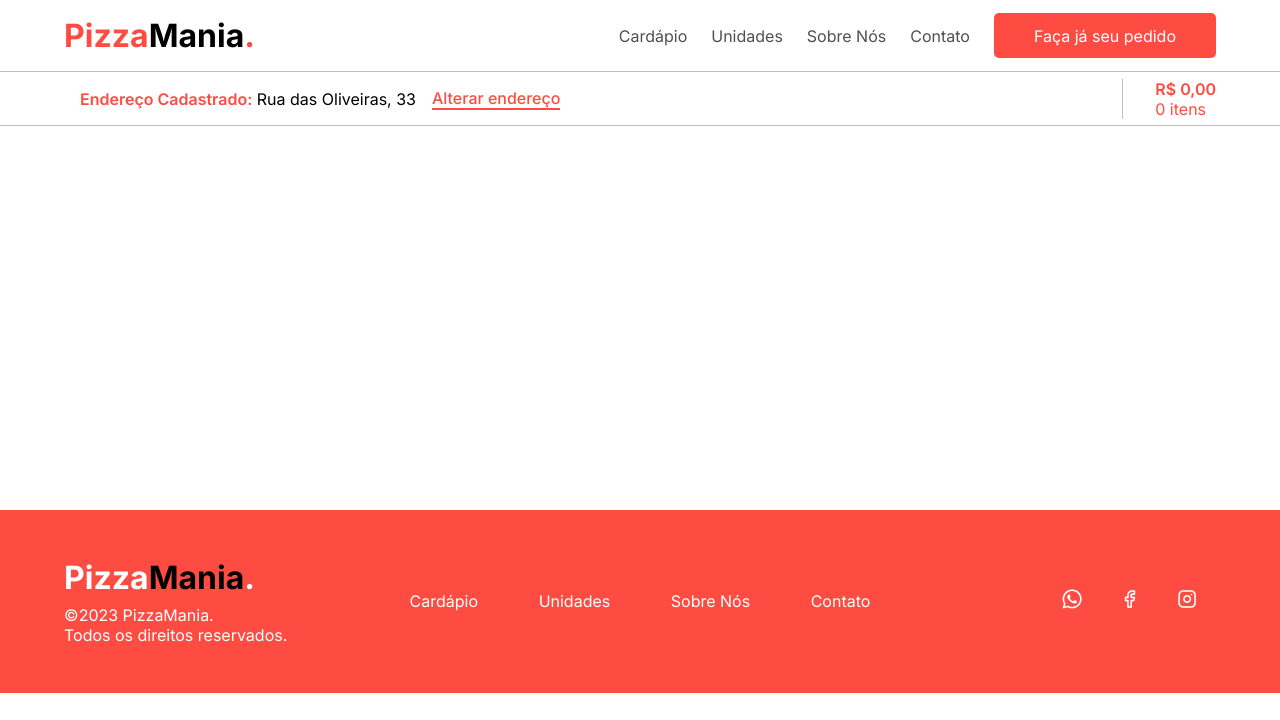
Repository: lucas-albuq/PizzaMania
Page: assets/pages/cardapio.html
These files come from the project's save history. The page is drawn as it stood at one moment and after a run of saves; the edit follows.
The browser window is 1280 px wide. The pictures show the whole page.
Some icons come from a web library that is not loaded, so they are not drawn. Some web libraries are served in a nearby version.

Above is the page before, as saved 2024-01-04 20:45:10.

### assets/pages/cardapio.html
<!DOCTYPE html>
<html lang="en">
<head>
    <meta charset="UTF-8">
    <meta name="viewport" content="width=device-width, initial-scale=1.0">
    <title>PizzaMania. - Cardápio</title>
    <link rel='stylesheet' href='https://cdn-uicons.flaticon.com/2.0.0/uicons-regular-rounded/css/uicons-regular-rounded.css'>
    <link rel="stylesheet" href="/assets/fonts/style.css">
    <link rel="stylesheet" href="/assets/css/pizzamania.css">
</head>
<body>
    <div id="header"></div>
    <main>
        <div class="milkshakes">
            <h2></h2>
        </div>
        <div class="pizzas-salgadas">
            <h2></h2>
        </div>
        <div class="sobremesas">
            <h2></h2>
        </div>
        <div class="pizzas-doces">
            <h2></h2>
        </div>
        <div class="bebidas">
            <h2></h2>
        </div>
    </main>
    <div id="footer"></div>
    <script src="https://ajax.googleapis.com/ajax/libs/jquery/3.1.0/jquery.min.js"></script>
    <script src="../../main.js"></script>
</body>
</html>

### assets/fonts/style.css
@font-face {
  font-family: 'icomoon';
  src:  url('fonts/icomoon.eot?r532as');
  src:  url('fonts/icomoon.eot?r532as#iefix') format('embedded-opentype'),
    url('fonts/icomoon.ttf?r532as') format('truetype'),
    url('fonts/icomoon.woff?r532as') format('woff'),
    url('fonts/icomoon.svg?r532as#icomoon') format('svg');
  font-weight: normal;
  font-style: normal;
  font-display: block;
}

[class^="icon-"], [class*=" icon-"] {
  /* use !important to prevent issues with browser extensions that change fonts */
  font-family: 'icomoon' !important;
  speak: never;
  font-style: normal;
  font-weight: normal;
  font-variant: normal;
  text-transform: none;
  line-height: 1;

  /* Better Font Rendering =========== */
  -webkit-font-smoothing: antialiased;
  -moz-osx-font-smoothing: grayscale;
}

.icon-delivery:before {
  content: "\e909";
}
.icon-pizza:before {
  content: "\e90a";
}
.icon-fatia:before {
  content: "\e90b";
}
.icon-whatsapp:before {
  content: "\e900";
}
.icon-brand:before {
  content: "\e900";
}
.icon-social:before {
  content: "\e900";
}
.icon-facebook:before {
  content: "\e902";
}
.icon-instagram:before {
  content: "\e903";
}
.icon-mail:before {
  content: "\e904";
}
.icon-map-pin:before {
  content: "\e905";
}
.icon-menu:before {
  content: "\e901";
}
.icon-phone:before {
  content: "\e906";
}
.icon-x:before {
  content: "\e907";
}
.icon-youtube:before {
  content: "\e908";
}

### assets/css/pizzamania.css
@import url('https://fonts.googleapis.com/css2?family=Inter:wght@100;200;300;400;500;600;700;800;900&display=swap');

:root {
  --base-hue: 3;
  --primary-color: hsl(var(--base-hue), 100%, 63%);
  --secondary-color: hsl(var(--base-hue), 0%, 0%);
  --text-color: hsl(var(--base-hue), 0%, 31%);
  --text-hover-color: hsl(var(--base-hue), 0%, 51%);
  --background-color: hsl(var(--base-hue), 0%, 100%);
  --button-background: hsl(var(--base-hue), 100%, 63%);
  --button-hover-background: hsl(var(--base-hue), 67%, 47%);
  --divider-color: hsl(var(--base-hue), 0%, 75%);
  --shadow-color:rgba(0, 0, 0, 0.25);
  --box-shadow: 0px 2px 8px 0px rgba(0, 0, 0, 0.25);
}

* {
  padding: 0;
  margin: 0;
  scroll-behavior: smooth;
  font-family: 'Inter', sans-serif;
  box-sizing: border-box;
}

header {
  display: flex;
  flex-direction: column;
  align-items: center;
}

main{
  max-width: 80em;
  width: 90%;
  margin: 4em auto;
  display: flex;
  flex-direction: column;
  gap: 4em;
}

section{
  display: flex;
  flex-direction: column;
  gap: 2em;
}

h2{
  font-size: 1.3em;
  color: var(--primary-color);
  text-transform: uppercase;
}

h3{
  font-size: 1.2em;
}

.header1, .header2 {
  display: flex;
  max-width: 80em;
  width: 90%;
  justify-content: space-between;
  align-items: center;
}

.header1 {
  padding: .8em 0;
}

.header2 {
  padding: .4em 0;
}

.header1 h1 a {
  color: var(--primary-color);
  font-size: 2rem;
}

.header1 h1 span {
  color: var(--secondary-color);
}

.header1_menus {
  display: flex;
  gap: 1.5em;
}

.header1 nav {
  display: flex;
  align-items: center;
}

.header1 ul {
  display: flex;
  list-style-type: none;
  align-items: center;
  justify-content: center;
  gap: 1.5em;
  align-items: center;
}

.header1 a {
  text-decoration: none;
  color: var(--text-color);
  font-size: 1rem;
  transition: color .2s;
}

.header1 nav a:hover {
  color: var(--text-hover-color);
}

.header1 button {
  padding: .8em 2.5em;
  border-radius: 5px;
  line-height: initial;
  align-self: center;
  background-color: var(--button-background);
  border: none;
  color: #FFF;
  font-size: 1rem;
  cursor: pointer;
  transition: background .2s;
}

.header1 button:hover {
  background-color: var(--button-hover-background);
}

.divider {
  border-bottom: 1px solid var(--divider-color);
  width: 100%;
}

.header2 .endereco, .header2 .carrinho {
  display: flex;
  gap: 1em;
  align-items: center;
}

.header2 .carrinho {
  border-left: 1px solid var(--divider-color);
  padding-left: 1em;
  cursor: pointer;
}

.header2 .fi, .header2 span, .carrinho p {
  color: var(--primary-color);
  transition: color .2s;
}

.header2 .endereco button {
  background: none;
  border: none;
  font-size: 1rem;
  color: var(--primary-color);
  font-weight: 500;
  border-bottom: 2px solid var(--primary-color);
  cursor: pointer;
  transition: color .2s;
}

.header2 .endereco button:hover {
  color: var(--button-hover-background);
  border-color: var(--button-hover-background);
}

.header2 .carrinho:hover .valor p, .carrinho:hover .fi {
  color: var(--button-hover-background);
}

.header2 span, .carrinho p:first-child {
  font-weight: 600;
}

footer{
  background-color: var(--primary-color);
}
footer .footer{
  display: flex;
  max-width: 80em;
  width: 90%;
  margin: 0 auto;
  justify-content: space-between;
  align-items: center;
  padding: 3em 0;
}
.footer .footer-menu{
  width: 40%;
}
.footer .footer-menu ul{
  display: flex;
  list-style-type: none;
  justify-content: space-between;
}
.footer .footer-menu a{
  color: var(--background-color);
  text-decoration: none;
  transition: color .2s
}
.footer-menu a:hover{
  color: var(--divider-color)
}
.footer-logo-copy, .footer-social-medias{
  width: 20%;
}
.footer-social-medias{
  display: flex;
  justify-content: end;
  align-items: center;
}
.footer-social-medias a{
  text-decoration: none;
}
.footer-social-medias div {
  color: var(--background-color);
  font-size: 1.2rem;
  padding: 1em;
  transition: all .5s ease;
}

.footer-social-medias div:hover {
  transform: translateY(-5px);
}
.footer-social-medias div::after{
  content: "";
  display: block;
  width: 0;
  height: 3px;
  margin-top: 3px;
  border-radius: 5px;
  background: var(--background-color);
  transition: all .2s ease;
}
.footer-social-medias div:hover::after{
  width: 100%;
}
.footer-logo-copy{
  display: flex;
  flex-direction: column;
  gap: .5em;
  color: var(--background-color)
}
.footer-logo-copy a{
  color: var(--background-color);
  text-decoration: none;
}
.footer-logo-copy a span{
  color: var(--secondary-color);
}
.servicos > div{
  display: flex;
  justify-content: space-between;
}
.servicos > div > div{
  box-shadow: var(--box-shadow);
  display: flex;
  flex-direction: column;
  align-items: center;
  justify-content: center;
  padding: 2.5em;
  width: 30%;
  gap: 1.5em;
  border-radius: 20px;
  border-bottom: var(--primary-color) solid 8px;
}

.servicos img{
  height: 3.5em;
}

.servicos p{
  text-align: center;
}

.carrossel .swiper {
  width: 100%;
  aspect-ratio: 16/6;
  border-radius: 20px;
}
.carrossel .swiper img{
  width: 100%;
  aspect-ratio: 16/6;
  filter: brightness(75%);
}
.swiper-pagination-bullet{
  padding: 3px;
}
.swiper-pagination-bullet-active{
  background: var(--primary-color);
}
.swiper-button-next, .swiper-button-prev{
  color: #FFF
}
.promocoes .swiper-slide, .assessments .swiper-slide{
  padding: 1em .2em;
}
.promocoes .card{
  display: flex;
  flex-direction: column;
  padding: 2em;
  gap: 2em;
  box-shadow: var(--box-shadow);
  border-radius: 20px;
}
.promocoes .card-top, .promocoes .card-bottom{
  display: flex;
  justify-content: space-between;
}
.promocoes .card-top-text{
  width: 65%;
  display: flex;
  flex-direction: column;
  gap: 1em;
}
.promocoes .card-top-image{
  width: 35%;
}
.promocoes .card-top-image img{
  width: 100%;
}
.promocoes .card-bottom p span{
  font-weight: bold;
  font-size: 1.2em;
}
.promocoes .card-bottom button{
  border: none;
  background: var(--button-background);
  padding: 0 3em;
  border-radius: 5px;
  color: #FFF;
  font-size: 1rem;
  cursor: pointer;
  transition: background .2s;
}
.promocoes .card-bottom button:hover{
  background: var(--button-hover-background);
}
.swiper-container{
  overflow: hidden;
}
/*Novamente reutilizando código antigo meu (é meu msm)*/
.assessments .assessments__container .swiper-wrapper{
  display: flex;
  flex-wrap: nowrap;
}
.assessments .assessments__container .assessments__assessment blockquote{
  padding: 2em;
  box-shadow: var(--box-shadow);
  border-radius: 20px;
  height: auto;
  width: 100%;
}
.assessments .assessments__container .assessments__assessment p{
  position: relative;
  text-indent: 1.875rem;
  margin-bottom: 1.5rem;
  color: var(--title-color);
}
.assessments .assessments__container .assessments__assessment p span{
  font-size: 4rem;
  font-family: serif;
  font-weight: 700;
  position: absolute;
  color: var(--primary-color);
  top: -1.375rem;
  left: -2.300rem;
}
.assessments .assessments__container .assessments__assessment cite {
  display: flex;
  align-items: center;
  font-style: normal;
  text-transform: capitalize;
}
.assessments .assessments__container .assessments__assessment cite img{
  height: 2rem;
  width: 2rem;
  object-fit: cover;
  clip-path: circle();
  margin-right: 0.5rem;
}

### main.js
document.addEventListener('DOMContentLoaded', function() {
    const header = document.getElementById('header');
    const footer = document.getElementById('footer');

    fetch('/assets/html/header.html')
        .then(response => response.text())
        .then(data => {
            header.innerHTML = data;

            const fazerPedido = document.querySelector(".header1_menus button");
            fazerPedido.addEventListener("click", () => window.open('./assets/pages/cardapio.html', '_self'));
        });

    fetch('/assets/html/footer.html')
        .then(response => response.text())
        .then(data => {
            footer.innerHTML = data;
        });
});

### assets/html/header.html
<header>
        <div class="header1">
            <h1><a href="/index.html">Pizza<span>Mania</span>.</a></h1>
            <div class="header1_menus">
                <nav>
                    <ul>
                        <li><a href="#">Cardápio</a></li>
                        <li><a href="#">Unidades</a></li>
                        <li><a href="#">Sobre Nós</a></li>
                        <li><a href="#">Contato</a></li>
                    </ul>
                </nav>
                <button>
                    Faça já seu pedido
                </button>
            </div>
        </div>
        <div class="divider"></div>
        <div class="header2">
            <div class="endereco">
                <i class="fi fi-rr-home"></i>
                <p><span>Endereço Cadastrado:</span> Rua das Oliveiras, 33</p>
                <button>Alterar endereço</button>
            </div>
            <div class="carrinho">
                <i class="fi fi-rr-shopping-cart"></i>
                <div class="valor">
                    <p>R$ 0,00</p>
                    <p>0 itens</p>
                </div>
            </div>
        </div>
        <div class="divider"></div>
    </header>

### assets/html/footer.html
<footer>
    <div class="footer">
        <div class="footer-logo-copy">
            <h1><a href="/index.html">Pizza<span>Mania</span>.</a></h1>
            <p>
                ©2023 PizzaMania. <br>
                Todos os direitos reservados.
            </p>
        </div>
        <nav class="footer-menu">
            <ul>
                <li><a href="">Cardápio</a></li>
                <li><a href="">Unidades</a></li>
                <li><a href="">Sobre Nós</a></li>
                <li><a href="">Contato</a></li>
            </ul>
        </nav>
        <div class="footer-social-medias">
            <a href="#">
                <div class="icon-whatsapp"></div>
            </a>
            <a href="#">
                <div class="icon-facebook"></div>
            </a>
            <a href="#">
                <div class="icon-instagram"></div>
            </a>
        </div>
    </div>
</footer>

After the next 3 saves:
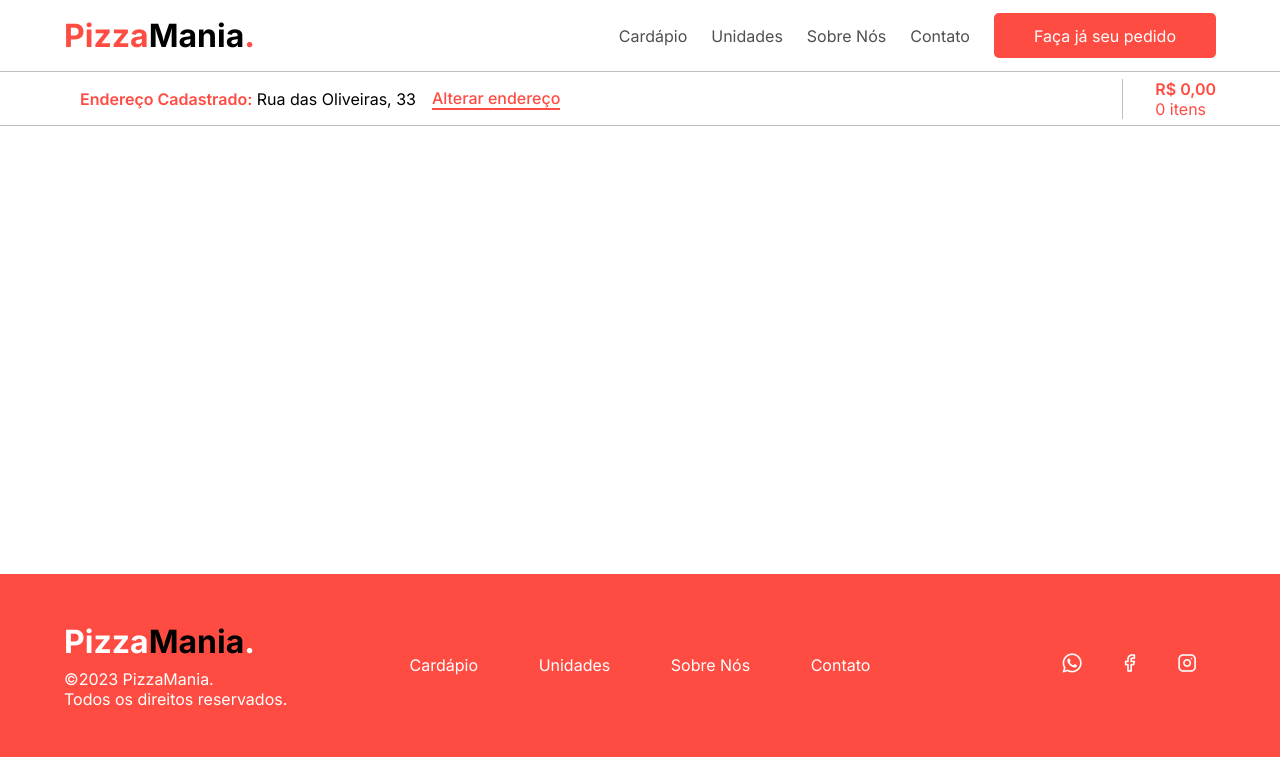
The 3 saves are shown as one change because they came seconds apart.
The last was saved 2 min 4 s later.
--- a/assets/pages/cardapio.html
+++ b/assets/pages/cardapio.html
@@ -11,6 +11,9 @@
 <body>
     <div id="header"></div>
     <main>
+        <div class="categorias-cardapio">
+
+        </div>
         <div class="milkshakes">
             <h2></h2>
         </div>
